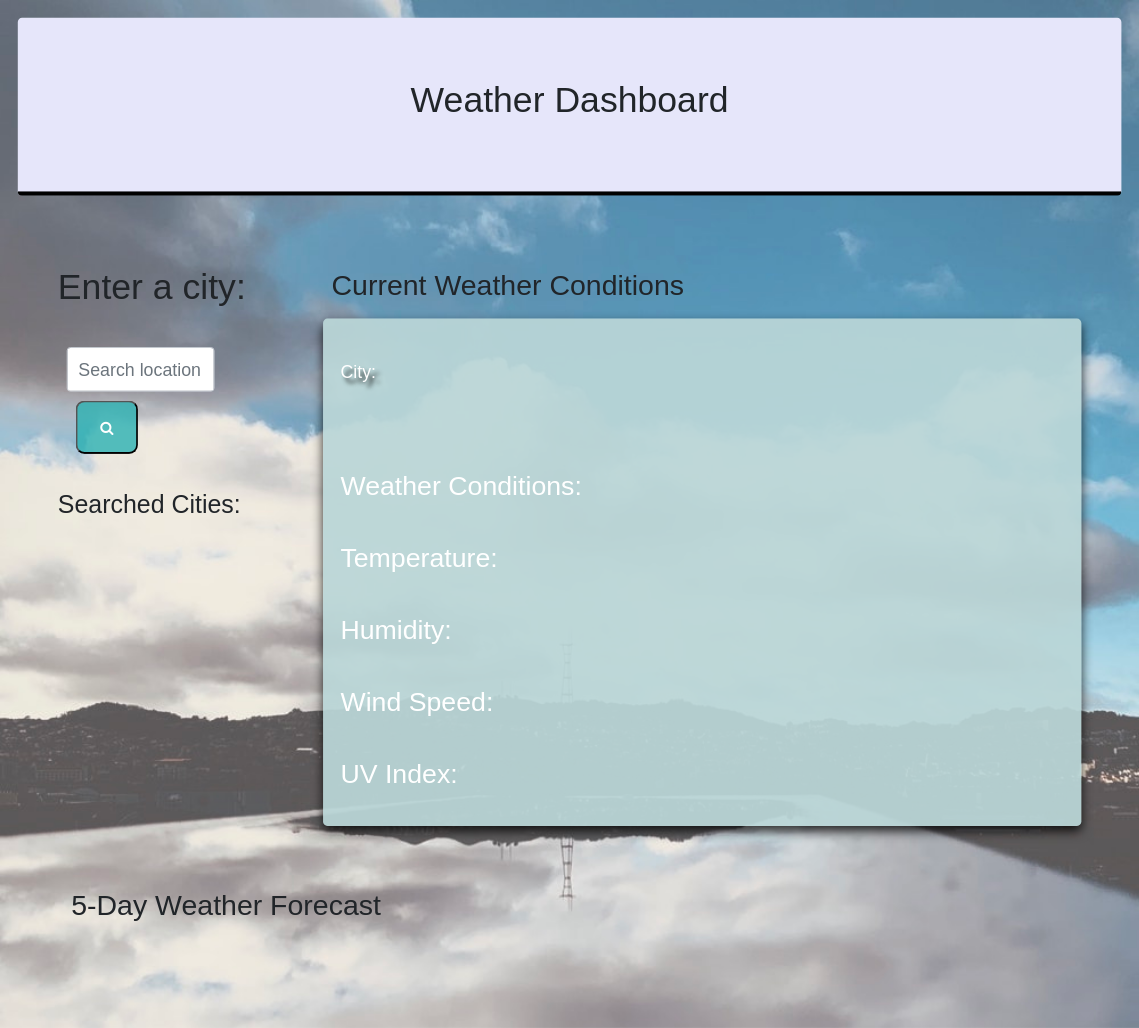
Repository: nsc9605/WeatherDashboard_API
Page: index.html
The author's editor kept a copy of each file at every save. The page is drawn from the files as they stood at one save, then again after the next save.
The browser window is 1280 px wide. The pictures show the whole page, at 89% of full size.
Backgrounds fixed to the window are drawn as part of the page. Some web fonts or font styles are not loaded; a fallback is used. Some web libraries are served in a nearby version.

Above is the page before, as saved 2021-04-07 11:29:07.

### index.html
<!DOCTYPE html>
<html lang="en">
  <head>
    <meta charset="UTF-8" />
    <meta name="viewport" content="width=device-width, initial-scale=1.0" />
    <meta http-equiv="X-UA-Compatible" content="ie=edge" />
    <link rel="stylesheet" href="https://stackpath.bootstrapcdn.com/bootstrap/4.1.3/css/bootstrap.min.css" integrity="sha384-MCw98/SFnGE8fJT3GXwEOngsV7Zt27NXFoaoApmYm81iuXoPkFOJwJ8ERdknLPMO" crossorigin="anonymous">
    <link rel="preconnect" href="https://fonts.gstatic.com" />
    <link
      href="https://fonts.googleapis.com/css2?family=Yusei+Magic&display=swap"
      rel="stylesheet"
    />
    <link rel="stylesheet" href="https://cdnjs.cloudflare.com/ajax/libs/font-awesome/4.7.0/css/font-awesome.min.css">
    <link rel="stylesheet" href="assets/style.css" />
    <title>Weather Dashboard</title>
  </head>

  <body>

    <header class="jumbotron">
      <div class="p-5 text-center">
        <h1 class="mb-3">Weather Dashboard</h1>
      </div>
    </header>

    <div class="container-fluid">
      <div class="card-search">
        <div class="col-3">
          <label>Enter a city:</label>
          <div class="search-content">
            <form class="search-form">
              <input
                class="searchBox form-control"
                id="inputValue"
                type="text"
                name="cityInput"
                placeholder="Search location city, state..."
              />
            <div class="search-content">
                <button id="searchBtn">
                  <i class="fa fa-search text-white"></i>
                </button>
            </div>
            </form>
          </div>

        <!-- Search history to save locally -->

            <h3>Searched Cities: </h3>
            <div id="searchHistoryContainer"></div>
      </div>

      <div class="row">
        <div class="col-12">
          <h2>Current Weather Conditions</h2>
          <!-- Current weather card -->
            <div id="currentWeather" class="card-current">
              <h4 id="currentDate"></h4>
              <h5>City: <span id="currentCity"></span></h5>
              <div id="currentIcon"><img src=""  class="center"/></div>
              <p>Weather Conditions: <span id="weatherDescription"></span></p>
              <p>Temperature: <span id="temp"></span></p>
              <p>Humidity: <span id="humidity"></span></p>
              <p>Wind Speed: <span id="wind"></span></p>
              <p>UV Index: <span id="currentUVI"></span></p>
            </div>
          </div>
      </div>


       <!-- 5-Day Forecast Info -->
      <div class="row">
        <div class="col-12">
          <div class="forecast-info">
          <h2>5-Day Weather Forecast</h2>
              <div id="fiveDayContainers"></div>

          </div>
        </div>
      </div>

      <script src="https://code.jquery.com/jquery-3.3.1.slim.min.js" integrity="sha384-q8i/X+965DzO0rT7abK41JStQIAqVgRVzpbzo5smXKp4YfRvH+8abtTE1Pi6jizo" crossorigin="anonymous"></script>
      <script src="https://cdnjs.cloudflare.com/ajax/libs/moment.js/2.29.1/moment.min.js"></script>
      <script src="assets/script.js"></script>

</body>
</html>

### assets/style.css
* {
    box-sizing: border-box;
    font-family: 'Yusei Magic', sans-serif;
    padding: 10px
}

.jumbotron {
    text-align: center;
    background-color: lavender;
    border-bottom: 5px solid black;
    height: 200px;
    width: 100% auto;
    padding: 10px;
}


body {

    font-family: 'Yusei Magic', sans-serif;
    align-content: center;
    background: url("../assets/images/background.jpeg") no-repeat center center fixed;
    -webkit-background-size: cover;
    -moz-background-size: cover;
    -o-background-size: cover;
    background-size: cover;
}

label {
    font-size: 40px;
}

i {
    font-size: 20px;
}

h4,
h5 {
    text-shadow: 5px 5px 5px rgba(0, 0, 0, 0.831);
}

.saved-city-button {
    background-color: rgba(43, 177, 179, 0.797);
    color: white;
    /* -webkit-text-stroke: 1px black;
    -webkit-text-fill-color: white; */
    text-shadow: 5px 5px 5px rgba(0, 0, 0, 0.831);
    margin: 3px;
    border-radius: 5px;
}

.search-content {
    padding: 10px;

}

.searchBtn {

    color: white;
    height: 40px;
    width: 20%;
    font-size: 20px;
}

 .searchHistoryContainer {
     display: none;
     justify-content: space-between;
 }

.container {
    /* display: flex;
    flex-wrap: wrap; */
    margin-left: 10px;
    padding: 10px;
    width: 100vh;
    height: 50vh;
}


.searchBox {
    font-size: 20px;
    height: 50px;
    width: 70px;
}


.row {
    font: 18px;
    height: 60%;
}

.col-3 {
    float: left;
    flex: wrap;
    width: 30%;
    padding: 10px;

}

.col-9 {
    width: 40%;
    float: right;
    flex: wrap;
    padding: 10px;
    margin: 10px;
}

.col-12 {
    padding: 10px;

}

#inputValue {
    width: 70%;
}

#searchBtn {
    background-color: rgba(43, 177, 179, 0.797);
    border-radius: 10px;
    width: 70px
}

.card-current {
    display: grid;
    grid: flex;
    flex-wrap: wrap;
    overflow: hidden;
    text-overflow: ellipsis;
    white-space: wrap;
    min-width: 40vh;
    width: 100%;
    align-items: center;
    background-color: rgba(186, 214, 215, 0.927);
    color: white;
    border-radius: 5px;
    box-shadow: 0 6px 12px 0 rgba(0, 0, 0, 0.831);
    font-size: 30px;
}

#fiveDayContainers {
    display: grid;
    grid-template-columns: 1fr 1fr 1fr 1fr 1fr;
    grid-gap: 30px;
    overflow: hidden;
    text-overflow: ellipsis;
    white-space: wrap;
    min-width: 40vh;
}

#fiveDayContainers >div {
    background-color: rgba(31, 187, 189, 0.927);
    color: white;
    border-radius: 5px;
    box-shadow: 0 6px 12px 0 rgba(0, 0, 0, 0.831);
}

.forecast-info {
    padding: 10px;
    margin: 10px;;
}

.row::after {
    content: "";
    clear: both;
    display: table;
  }


  /* Responsive Design  */
  @media screen and (max-width:900px) {
    #fiveDayContainers {
        display: grid;
        grid-template-columns: 50% 50%;
        grid-gap: 1em;
      }
  }

  @media screen and (max-width:576px) {
    #fiveDayContainers {
        display: grid;
        grid-template-columns: 100%;
        grid-gap: 1em;
      }
  }

  @media screen and (max-width:576px) {
    .card-current {
        display: grid;
        grid-template-columns: 100%;
        grid-gap: 1em;
      }
  }

### assets/script.js

  // Global Variables
  let apiKey = "c6c3415f70d6fade0d7d3230231ef65e";
  let lat = "";
  let lon = "";
  let currentCity = "#currentCity";
  let tempEl = "#temp";
  let humidityEl = "#humidity";
  let windEl = "#wind";
  let uvIndexEl = "#uvIndex";
  let cityNameEl = "#cityName";
  let weatherDescription = "#weatherDescription";

  // Save to localStorage
  function saveToStorage(cityInput) {
    var inputDataSaved = JSON.parse(localStorage.getItem("searchCity")) || [];
    inputDataSaved.push(cityInput);
    localStorage.setItem("searchCity", JSON.stringify(inputDataSaved));
  }

  // Save localStorage to page
  function renderSaveBtns() {
    let inputDataSaved = JSON.parse(localStorage.getItem("searchCity")) || [];


    document.querySelector("#searchHistoryContainer").innerHTML = "";
    inputDataSaved.forEach(function (citySearches) {
      let searchHistoryBtn = document.createElement("button");
      searchHistoryBtn.classList.add("saved-city-button");
      searchHistoryBtn.innerHTML = citySearches;
      // console.log(searchHistoryBtn)
      document
        .querySelector("#searchHistoryContainer")
        .prepend(searchHistoryBtn);
    });
  }
  function renderLastCity() {
    let inputDataSaved = JSON.parse(localStorage.getItem("searchCity")) || [];
    if (inputDataSaved.length > 0) {
      getWeather(inputDataSaved[inputDataSaved.length - 1]);
    };
  }
  renderSaveBtns();
  renderLastCity();

  // Submit event
  document
    .querySelector(".search-form")
    .addEventListener("submit", function (event) {
      event.preventDefault();
      let cityInput = document.querySelector("#inputValue").value;

      if (document.getElementById("inputValue").value === "") {
        alert("Please enter a city name!");
      } else if (cityInput === false) {
        alert("Please choose a different city!");
        // return;
      } else {
        getWeather(cityInput);
        saveToStorage(cityInput);
        renderSaveBtns();
      }
    });

  // Click event for each saved city button - dynamic
  var savedCityButtons = document.querySelectorAll(".saved-city-button");
  savedCityButtons.forEach(function (eachButton) {
    eachButton.addEventListener("click", function (e) {
      var city = eachButton.innerHTML;
      getWeather(city);
    });
  });

  // API call to get lat and lon coordinates
  function getWeather(cityName) {
    console.log(cityName);
    console.log(uviBadge);
    let queryURLForToday = `https://api.openweathermap.org/data/2.5/weather?q=${cityName}&units=imperial&appid=${apiKey}`;

    fetch(queryURLForToday)
      .then(function (weatherResponse) {
        return weatherResponse.json();
      })
      .then(function (data) {
        console.log(data);
        showWeatherForToday(cityName, data);
        // Call 5 day URL with lat lon from the one day response
        let queryURLForFiveDay = `https://api.openweathermap.org/data/2.5/onecall?lat=${data.coord.lat}&lon=${data.coord.lon}&units=imperial&appid=${apiKey}`;
        fetch(queryURLForFiveDay)
          .then(function (weatherResponse) {
            return weatherResponse.json();
          })
          .then(function (fiveDayData) {
            console.log(fiveDayData);
            showFiveDayWeather(fiveDayData);
          });
      });
  }

  // Show data on page
  function showWeatherForToday(cityName, data) {
    document.querySelector("#currentDate").innerHTML = moment().format(
      "MMMM Do, YYYY"
    );
    document.querySelector("#weatherDescription").innerHTML =
      data.weather[0].description;
    document.querySelector(
      "#currentIcon"
    ).innerHTML = `<img src="http://openweathermap.org/img/wn/${data.weather[0].icon}@2x.png"/>`;
    document.querySelector("#currentCity").innerHTML = cityName;
    document.querySelector("#temp").innerHTML =
      Math.round(data.main.temp) + "°F";
    document.querySelector("#humidity").innerHTML = data.main.humidity + "%";
    document.querySelector("#wind").innerHTML =
      Math.round(data.wind.speed) + "mph";

    $("#card-text").empty();
  }

  // five day
  function showFiveDayWeather(data) {
    // Grabs UVI info from 5-day forecast API
    let currentUVI = (document.querySelector(
      "#currentUVI"
    ).innerHTML = Math.round(data.current.uvi));

    // Set loop for 5-day weather
    document.querySelector("#fiveDayContainers").innerHTML = "";
    for (var i = 0; i < 5; i++) {
      let forecastDates = moment()
        .add(i + 1, "days")
        .format("ddd MM/DD/YYYY");
      // Build HTML from js for 5-day forecast
      let day = document.createElement("div");
      day.innerHTML = [
        `<h5>${forecastDates}</h5>
      <img src="https://openweathermap.org/img/wn/${
        data.daily[i].weather[0].icon
      }@2x.png">
      <p>${data.daily[i].weather[0].description}</p>
      <p>Temperature: ${Math.round(data.daily[i].temp.day)}°F</p>
      <p>Humidity: ${data.daily[i].humidity}%</p>`,
      ];
      document.querySelector("#fiveDayContainers").appendChild(day);
    }
    uviBadge(data);
    $("#card-text").empty();
  }

  // SET BADGES FOR UVI HIGH / LOW
  function uviBadge(data) {
    let currentUVI = $("#currentUVI");
    currentUVI.innerHTML = Math.round(data.current.uvi);

    if (data.current.uvi <= 2) {
      currentUVI.addClass("badge badge-success");
    } else if (data.current.uvi > 2 && data.current.uvi <= 5) {
      currentUVI.addClass("badge badge-warning");
    } else if (data.current.uvi > 5) {
      currentUVI.addClass("badge badge-danger");
    }
  }

After the next save:
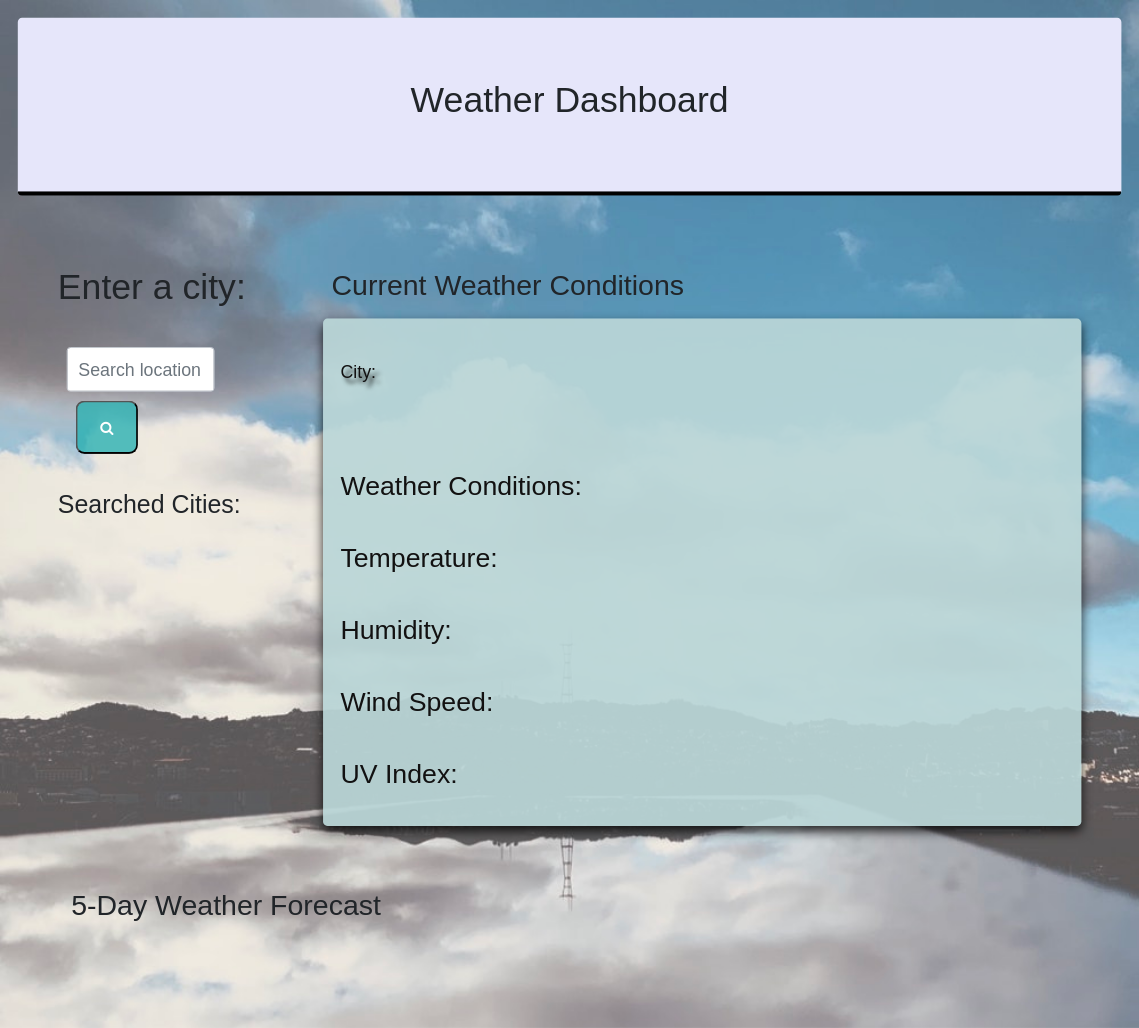
Saved 10 s later.
--- a/assets/style.css
+++ b/assets/style.css
@@ -130,7 +130,7 @@ h5 {
     width: 100%;
     align-items: center;
     background-color: rgba(186, 214, 215, 0.927);
-    color: white;
+    color: rgb(18, 17, 17);
     border-radius: 5px;
     box-shadow: 0 6px 12px 0 rgba(0, 0, 0, 0.831);
     font-size: 30px;
